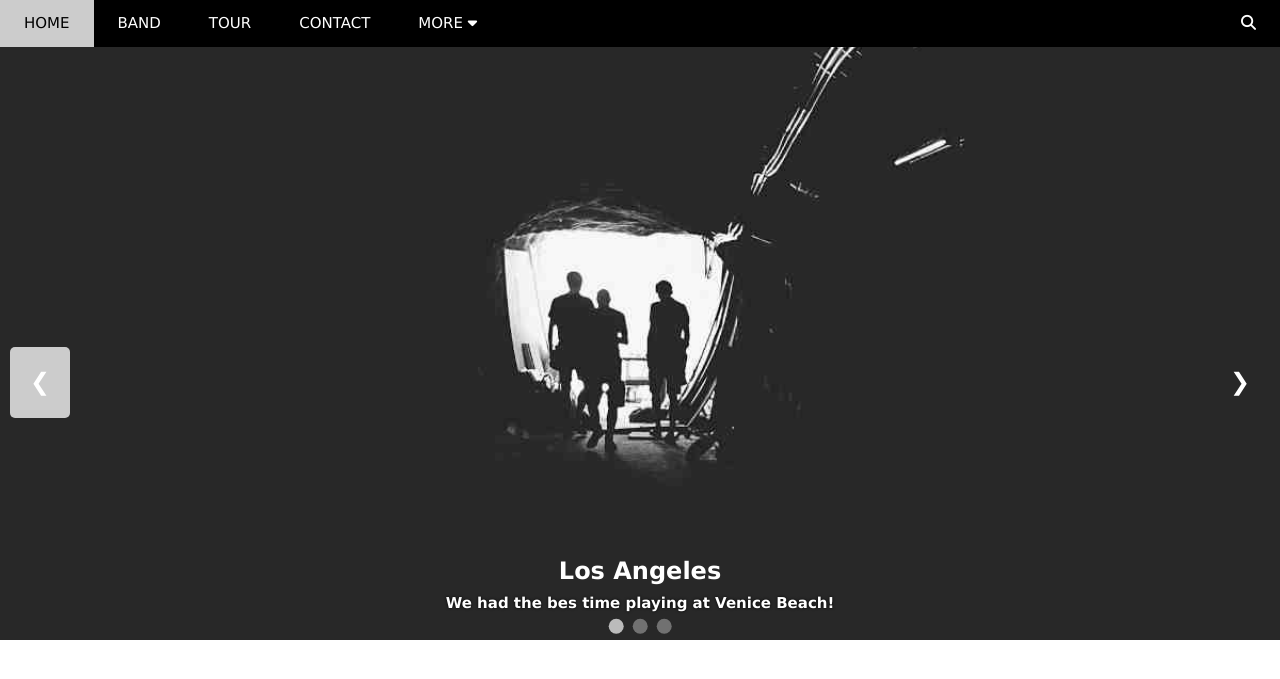
Repository: tam1512/The-Band
Page: index.html
An editor plug-in stored every save of this project. The page is shown before and after the next save, followed by the edit.
The browser window is 1280 px wide. The pictures show the whole page.
The pointer rests on the first visible `.prev`.
Some web libraries are served in a nearby version.

Above is the page before, as saved 2022-07-23 03:10:55.

After the next save:
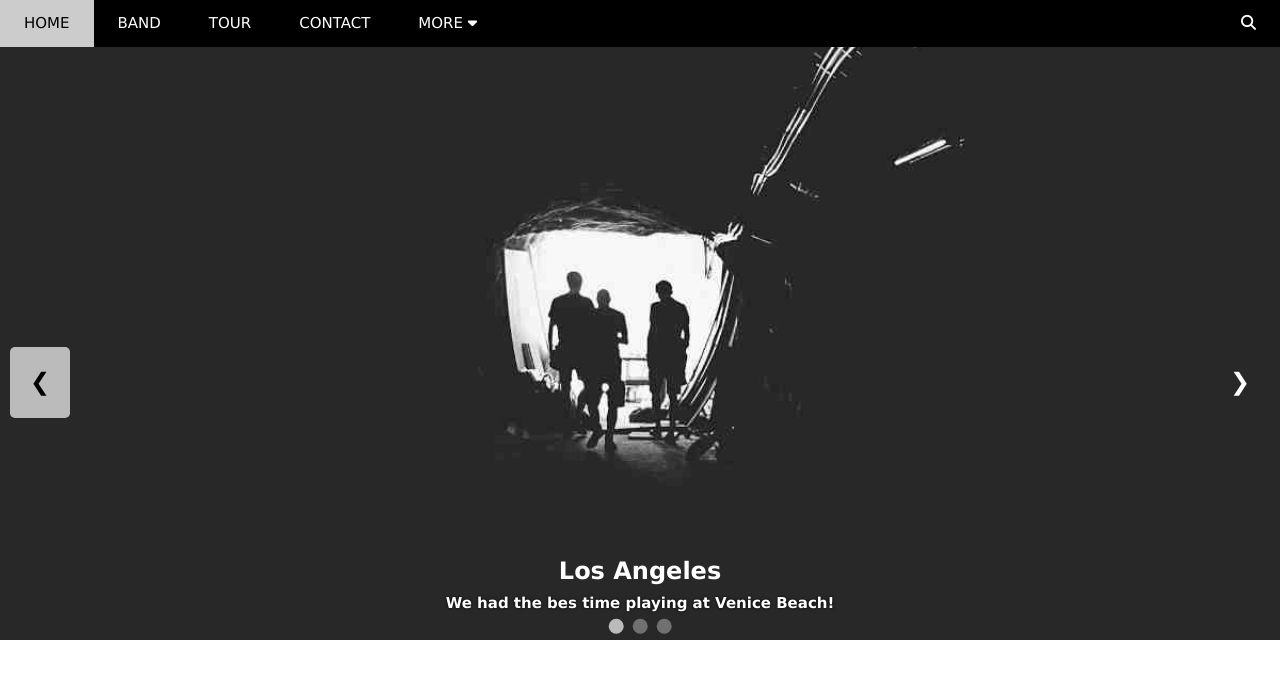
Saved 24 s later.
--- a/assets/css/style.css
+++ b/assets/css/style.css
@@ -163,7 +163,8 @@ li.dropdown {
 /* On hover, add a black backgroound color with a little bit see-through */
 .prev:hover,
 .next:hover {
-  background-color: #ccc;
+  background-color: #bbb;
+  color: #000;
 }
 
 /* Caption text */
